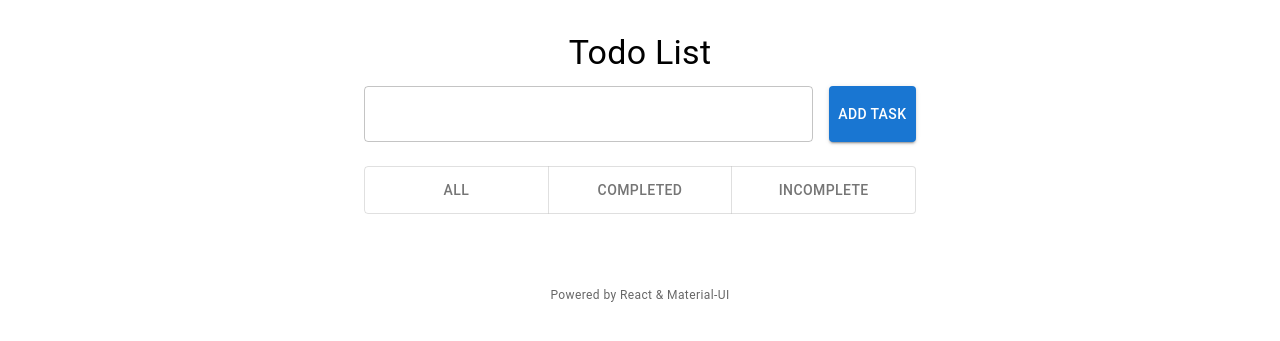
Repository: tobiaskoira/simple_web_service
Page: / (app in client/)
The author's editor kept a copy of each file at every save. The page is drawn from the files as they stood at one save, then again after the next save.
The browser window is 1280 px wide. The pictures show the whole page.
The page's requests for data from a server got no answer. The project was rebuilt for these pictures with package versions that can differ from the ones it lists, and the page was loaded fresh each time. No one was signed in, and anything a server would have sent is missing.

Above is the page before, as saved 2024-12-22 23:29:25.

After the next save:
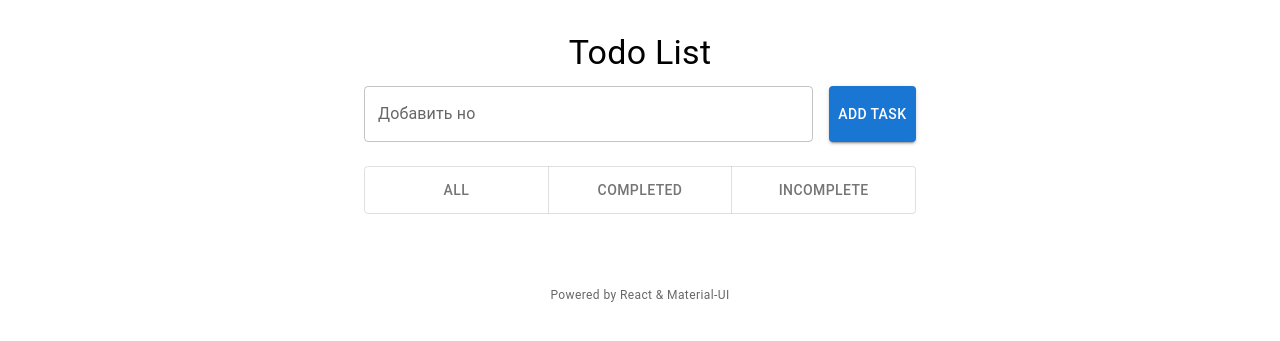
Saved 5 s later.
--- a/client/src/App.js
+++ b/client/src/App.js
@@ -77,7 +77,7 @@ const App = () => {
                 <TextField
                     variant="outlined"
                     fullWidth
-                    label=""
+                    label="Добавить но"
                     value={newTask}
                     onChange={(e) => setNewTask(e.target.value)}
                 />
